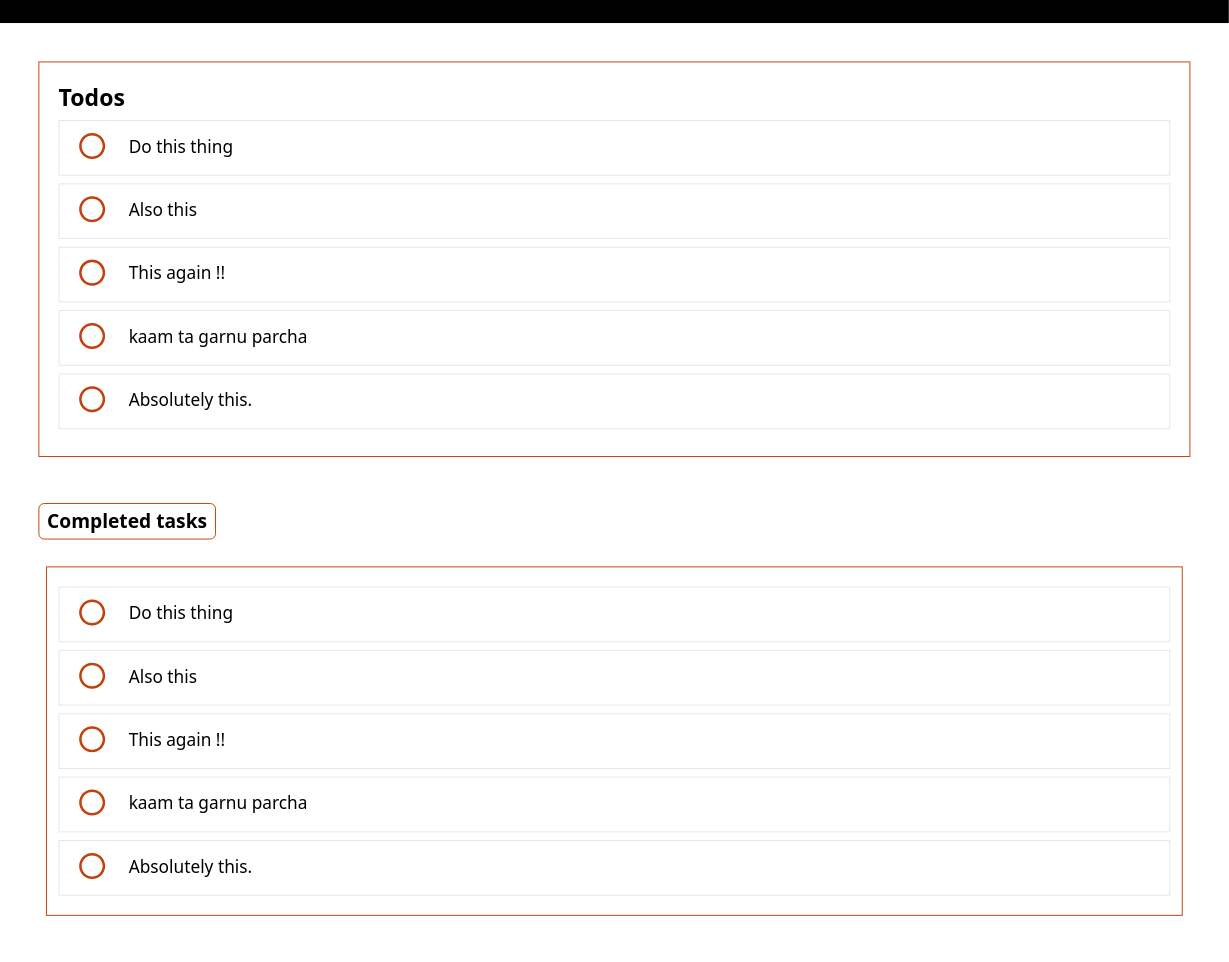
Repository: thekingisherenow/personalTodo
Page: /
These files come from the project's save history. The page is drawn as it stood at one moment and after the next save; the edit follows.
The browser window is 1280 px wide. The pictures show the whole page, at 96% of full size.
The project was rebuilt for these pictures with package versions that can differ from the ones it lists, and the page was loaded fresh each time. The framework's server and built-in components were replaced by stand-ins that run in the browser. Also part of the build but not shown: next.config.js, styles/Home.module.css.

Above is the page before, as saved 2022-12-15 19:40:57.

After the next save:
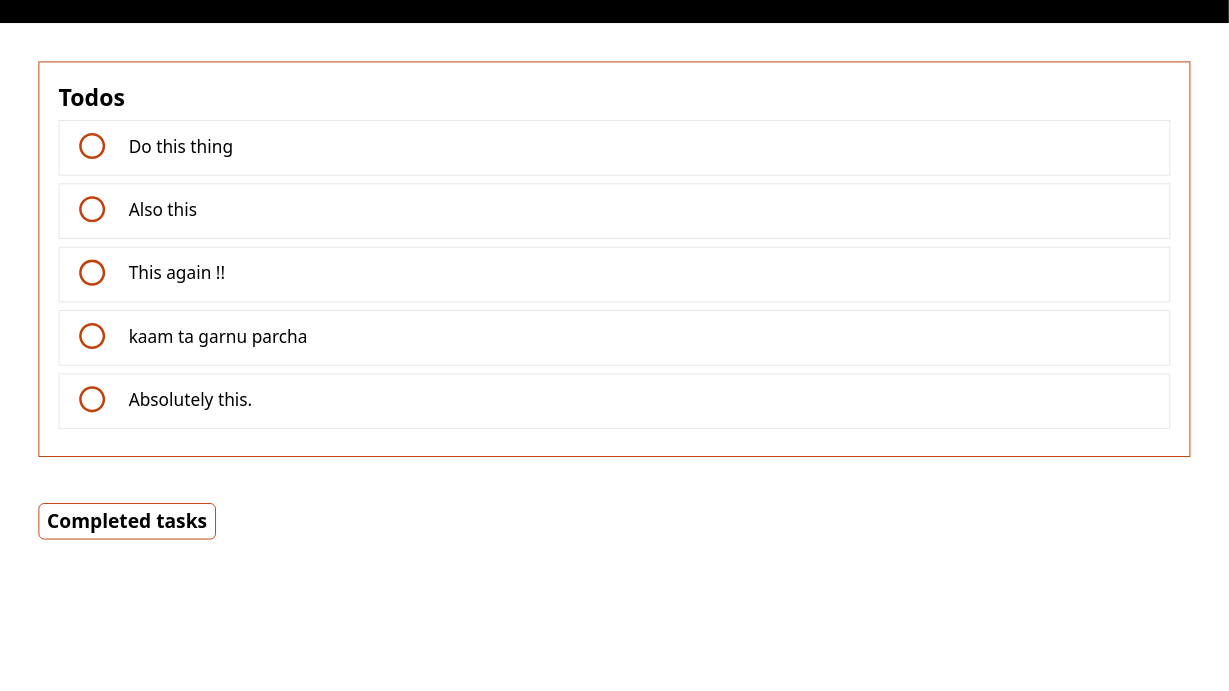
Saved 54 s later.
--- a/components/CompletedTodos.js
+++ b/components/CompletedTodos.js
@@ -6,15 +6,16 @@ function Completed() {
   const [open, setOpen] = useState(false)
   return (
     <div className='p-2 m-3 '>
-      <button className='font-bold text-xl ml-5 border border-orange-700 px-2 py-1 rounded-md'>Completed tasks</button>
+      <button onClick={()=>setOpen(!open)}
+      className='font-bold text-xl ml-5 border border-orange-700 px-2 py-1 rounded-md'>Completed tasks</button>
 
-      <div className='border p-3 m-7 border-orange-700'>
+      {open && <div className='border p-3 m-7 border-orange-700'>
             {todolist.length? todolist.map((todo,index)=>{
                 return(
                     <CompletedTodo key={index} index={index} todo={todo}  />
                     )
                 }):<div className='p-8  text-gray-400'>No items to display.</div>}
-            </div>
+            </div>}
     </div>
   )
 }
